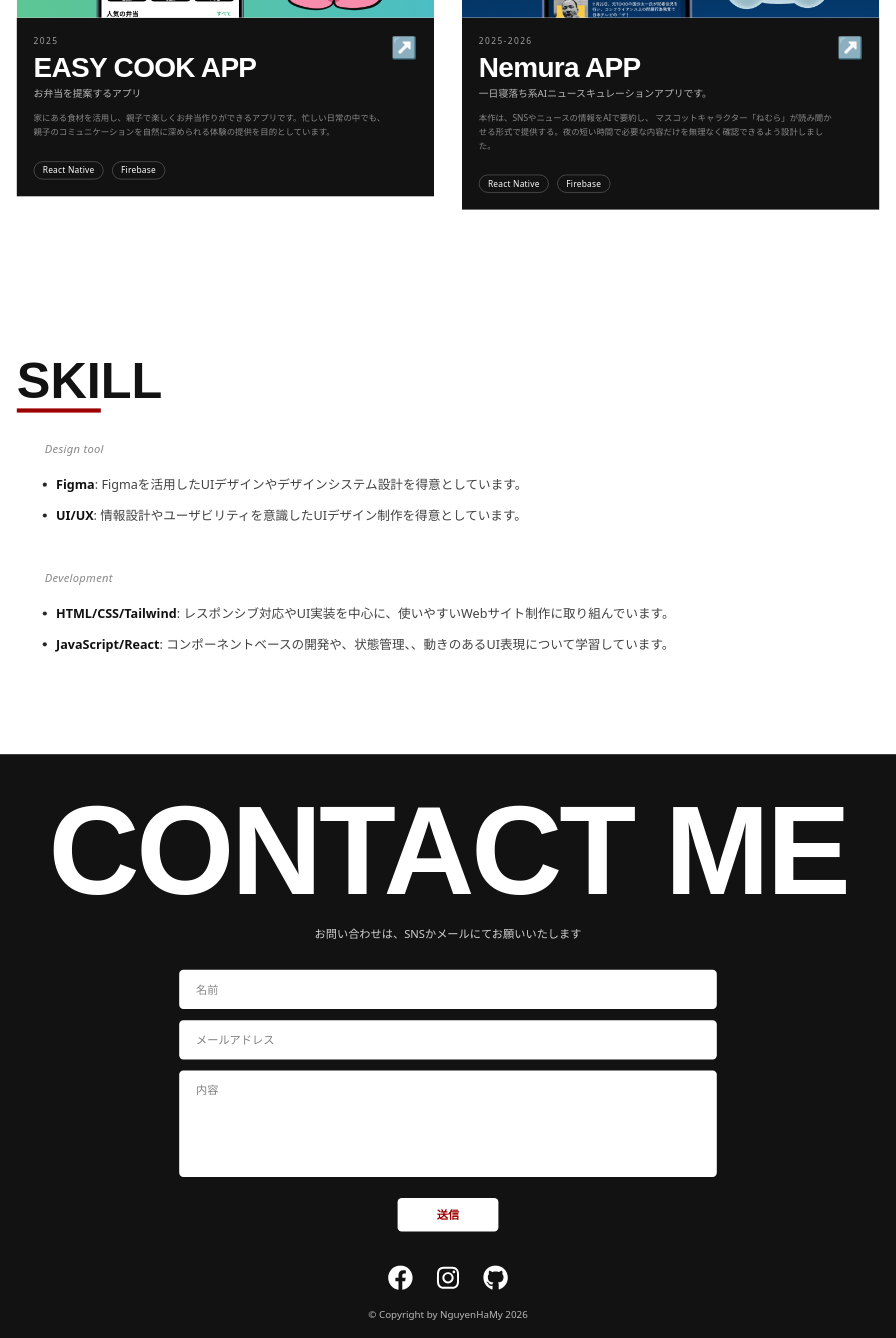
Repository: meme2603/Portfolio-HaMy
Page: / (app in my-portfolio/)
The author's editor kept a copy of each file at every save. The page is drawn from the files as they stood at one save, then again after the next save.
The browser window is 1280 px wide. The pictures show the part of the page from y = 4298 to 6218 px (the page is 6210 px tall before and 6218 px after), at 70% of full size.
Some web fonts or font styles are not loaded; a fallback is used. The project was rebuilt for these pictures with package versions that can differ from the ones it lists, and the page was loaded fresh each time. Also part of the build but not shown: my-portfolio/vite.config.js.

Above is the page before, as saved 2026-05-29 14:55:39.

### my-portfolio/index.html
<!doctype html>
<html lang="ja">
  <head>
    <meta charset="UTF-8" />

    <link rel="icon" type="image/png" href="/memex2.png" />
    <meta name="viewport" content="width=device-width, initial-scale=1.0" />
    <title>My Portfolio</title>
    <link rel="preconnect" href="https://fonts.googleapis.com" />
    <link rel="preconnect" href="https://fonts.gstatic.com" crossorigin />
    <link
      href="https://fonts.googleapis.com/css2?family=Akshar:wght@300..700&family=Poppins:wght@300;400;600;700&display=swap"
      rel="stylesheet"
    />
  </head>
  <body>
    <div id="root"></div>

    <script type="module" src="/src/main.jsx"></script>
  </body>
</html>

### my-portfolio/src/main.jsx
import React from "react";
import ReactDOM from "react-dom/client";
import App from "./App";
import "./index.css";

ReactDOM.createRoot(document.getElementById("root")).render(
  <React.StrictMode>
    <App />
  </React.StrictMode>,
);

### my-portfolio/src/App.jsx
import Header from "./components/Header";
import Hero from "./components/Hero";
import About from "./components/About";
import Projects from "./components/Projects";
import Skills from "./components/Skills";
import Contact from "./components/Contact";
function App() {
  return (
    <div className="App">
      <Header />
      <Hero />
      <About />
      <Projects />
      <Skills />
      <Contact />
    </div>
  );
}

export default App;

### my-portfolio/src/index.css
@import "tailwindcss";
@theme {
  --color-primary: #9c0000;
  --color-background: #fff;
  --color-font: #121212;

  --opacity-overlay: 0.65;
  --opacity-glass: 0.1;

  --font-poppins: "Poppins", sans-serif;
  --font-akshar: "Akshar", sans-serif;
}

### my-portfolio/src/components/Header.jsx
import { useState } from "react";
function MenuItem({ text }) {
  return (
    <li>
      <a
        href={`#${text.toLowerCase()}`}
        className="text-primary text-xl relative group transition-colors"
      >
        {text}
        <span
          className="
            absolute left-0 -bottom-[4px] w-0 h-[1px] bg-primary
            transition-all duration-300 group-hover:w-full
          "
        ></span>
      </a>
    </li>
  );
}

function Header() {
  const [isOpen, setIsOpen] = useState(false);
  const menuItems = ["About", "Projects", "Contact"];
  return (
    <header className="fixed top-0 left-0 w-full h-24 bg-background border-b border-gray-300 z-60">
      <div className="max-w-7xl mx-auto h-full px-6 flex justify-between items-center">
        <div className="shrink-0">
          <a
            href="/"
            className="text-4xl text-primary font-semibold font-akshar"
          >
            HA MY
          </a>
        </div>

        <nav className="hidden lg:block">
          <ul className="flex space-x-10">
            {menuItems.map((item) => (
              <MenuItem key={item} text={item} />
            ))}
          </ul>
        </nav>

        <button
          onClick={() => setIsOpen(!isOpen)}
          className="block lg:hidden text-primary focus:outline-none z-50"
          aria-label="Menu"
        >
          <svg
            xmlns="http://www.w3.org/2000/svg"
            className="h-8 w-8"
            fill="none"
            viewBox="0 0 24 24"
            stroke="currentColor"
          >
            <path
              strokeLinecap="round"
              strokeLinejoin="round"
              strokeWidth="2"
              d={isOpen ? "M6 18L18 6M6 6l12 12" : "M4 6h16M4 12h16M4 18h16"}
            />
          </svg>
        </button>

        <div
          className={`
            absolute top-24 left-0 w-full bg-background border-b border-gray-300
            flex flex-col items-center shadow-lg lg:hidden
            overflow-hidden transition-all duration-700 ease-in-out
            ${isOpen ? "max-h-96 opacity-100 py-8 space-y-6" : "max-h-0 opacity-0 py-0 space-y-0 border-none"}
          `}
        >
          <div className="flex flex-col items-center w-full py-6 space-y-6">
            <a
              href="#about"
              onClick={() => setIsOpen(false)}
              className="text-primary text-2xl transition-opacity duration-700"
            >
              About
            </a>
            <a
              href="#projects"
              onClick={() => setIsOpen(false)}
              className="text-primary text-2xl transition-opacity duration-700"
            >
              Projects
            </a>
            <a
              href="#contact"
              onClick={() => setIsOpen(false)}
              className="text-primary text-2xl transition-opacity duration-700"
            >
              Contact
            </a>
          </div>
        </div>
      </div>
    </header>
  );
}

export default Header;

### my-portfolio/src/components/Hero.jsx
import avatarImg from "../assets/avatar.png";
function Hero() {
  return (
    <section className="relative w-full h-[calc(100vh-88px)] mt-24 bg-background overflow-hidden flex flex-col items-center pb-16">
      <div className="w-full pt-10 pb-5 z-20">
        <h1
          className="
            text-[90px]
            md:text-[140px]
            lg:text-[210px]
            font-bold
            font-akshar
            text-center
            leading-[0.7]
            text-font
            tracking-tighter
          "
        >
          PORTFOLIO
        </h1>
      </div>

      <div className="relative w-full max-w-[1440px] flex flex-col md:flex-row items-center md:items-end justify-center z-30">
        {/* LEFT */}
        <div className="flex-1 flex justify-center pb-8 md:pb-60 lg:pb-80">
          <div className="flex flex-col items-center text-center space-y-2">
            <p className="text-sm md:text-base lg:text-lg font-poppins">Hi!</p>

            <p className="text-sm md:text-base lg:text-lg font-poppins">
              My name is{" "}
              <span className="font-semibold text-base md:text-lg lg:text-xl font-poppins">
                NGUYEN THI HA MY
              </span>
            </p>

            <p className="text-base md:text-lg lg:text-xl font-light">
              I'm from VietNam
            </p>
          </div>
        </div>

        <div className="relative flex justify-center shrink-0">
          <img
            src={avatarImg}
            alt="Ha My"
            className="
              block
              h-[320px]
              md:h-[460px]
              lg:h-[601px]
              object-cover

            "
          />
        </div>

        <div className="flex-1 flex justify-center pb-8 md:pb-60 lg:pb-80">
          <div className="flex flex-col text-center space-y-2">
            <p className="text-base md:text-lg lg:text-xl font-light">
              I'm{" "}
              <span className="font-semibold text-base md:text-lg lg:text-xl">
                UI/UX Designer
              </span>{" "}
              and
            </p>

            <p className="text-base md:text-lg lg:text-xl font-semibold font-poppins">
              Design Engineer
            </p>

            <p className="text-sm md:text-base lg:text-lg font-light font-poppins">
              Now I'm living in Japan.
            </p>
          </div>
        </div>
      </div>
      <div className="absolute h-13 bottom-0 left-0 w-full bg-font py-3 md:py-4"></div>
      <div className="relative w-full mt-0 md:mt-0 lg:-mt-40 z-40">
        <div className="relative flex justify-center leading-none -mb-8 lg:-mb-12">
          <span
            className="
              absolute
              inset-0
              flex
              justify-center
              translate-x-[4px]
              translate-y-[4px]
              lg:text-[200px]
              md:text-[110px]
              sm:text-[80px]
              font-bold
              font-akshar
              tracking-tighter
              text-font
            "
          >
            Designer
          </span>

          <h2
            className="
              relative
              lg:text-[200px]
              md:text-[110px]
              sm:text-[80px]
              font-bold
              font-akshar
              tracking-tighter
              text-primary
            "
          >
            Designer
          </h2>
        </div>
      </div>

      {/* <div
        className="absolute
                  bottom-3
                  left-1/2
                  -translate-x-1/2
                  z-50
                  px-10
                  py-0.5"
      >
        <p className="text-background text-center text-[10px] md:text-xs font-light tracking-[2px]">
          This is my portfolio. Hope you enjoy it !
        </p>
      </div> */}
    </section>
  );
}

export default Hero;

### my-portfolio/src/components/About.jsx
import aboutImg from "../assets/about.jpg";
function About() {
  return (
    <section className="relative w-full h-auto py-24 bg-background overflow-hidden mt-16">
      <div className="max-w-7xl mx-auto px-6 md:px-10">
        {/* TITLE */}
        <div className="mb-16">
          <h1 className="text-5xl md:text-6xl lg:text-7xl font-bold font-akshar text-font leading-none">
            ABOUT ME
          </h1>

          <div className="w-[80px] md:w-[100px] lg:w-[120px] lg:h-[6px] md:h-[5px] h-[4px] bg-primary mt-1"></div>
        </div>

        {/* CONTENT */}
        <div className="flex flex-col lg:flex-row items-center lg:items-start gap-16">
          {/* LEFT */}
          <div className="w-full lg:w-[380px] shrink-0">
            <div className="bg-white rounded-2xl shadow-md p-5">
              <img
                src={aboutImg}
                alt="About Me"
                className="w-full  h-[300px] object-cover rounded-xl"
              />

              <div className="mt-5">
                <h2 className="text-3xl font-akshar font-bold tracking-wide text-font">
                  NGUYEN THI HA MY
                </h2>

                <p className="text-font/70 text-lg mt-1">2001.03.30</p>
              </div>

              <div className="flex gap-3 mt-6">
                <span className="border border-font rounded-full px-4 py-2 text-sm">
                  UI/UX Designer
                </span>

                <span className="border border-font rounded-full px-4 py-2 text-sm">
                  Design Engineer
                </span>
              </div>
            </div>
          </div>

          {/* RIGHT */}
          <div className="flex-1 max-w-[760px]">
            <h2 className="text-2xl md:text-3xl font-semibold font-akshar text-primary tracking-[4px] mb-8">
              PROFILE!!
            </h2>

            <div className="space-y-6 text-font leading-[2.2] text-sm md:text-base lg:text-lg">
              <p>
                ベトナム出身の
                <span className="font-semibold">
                  グエン ティ ハ ミー（ NGUYEN THI HA MY）
                </span>
                です。
              </p>

              <p>
                現在は専門学校で、
                <span className="font-semibold">デザインやコーディング </span>
                について学びながらWeb制作やフロントエンド技術の基礎を学んでおります。
              </p>

              <p>
                2021年に来日し、最初の1年間は日本語学校で日本語を学びました。
                <br />
                その後、ビジネス専門学校に進学し、日本の文化やビジネスマナー、コミュニケーション力を身につけてまいりました。
                その中で、コンピュータの授業を通して、Webデザインという職業があることを初めて知り、興味を持つようになりました。
              </p>

              <p>
                留学生として日本とベトナム両方の文化に触れてきた経験を活かし、将来はユーザーの多様な視点やニーズを理解し、最適な体験をデザインする
                <span className="font-semibold text-primary text-xl">
                  UI/UXデザイナー
                </span>
                を目指しております。
              </p>
            </div>
          </div>
        </div>
      </div>
    </section>
  );
}
export default About;

### my-portfolio/src/components/Projects.jsx
import ProjectSection from "./ProjectSection";
import { websiteProjects, appProjects } from "./ProjectsData";

function Projects() {
  return (
    <section className="pt-20 bg-background">
      <div className="max-w-7xl mx-auto px-6">
        <h1 className="text-5xl md:text-6xl lg:text-7xl font-akshar font-bold text-font">
          PROJECTS
        </h1>
        <div className="w-[80px] md:w-[100px] lg:w-[120px] lg:h-[6px] md:h-[5px] h-[4px] bg-primary mt-1 mb-20"></div>
        <ProjectSection
          title="Website Design"
          description="学校で学んだ知識を活かし、企画からデザイン、コーディングまで一貫して制作したWebプロジェクトです。"
          projects={websiteProjects}
        />
        <ProjectSection
          title="Application Design"
          description="チームプロジェクトとして、企画からUI/UX設計までチームで共同制作したモバイルアプリです。"
          projects={appProjects}
        />
      </div>
    </section>
  );
}

export default Projects;

### my-portfolio/src/components/Skills.jsx
import { skillData } from "./ProjectsData";

function Skill() {
  return (
    <section className="w-full pt-20 pb-16">
      <div className="max-w-7xl mx-auto px-6 pb-10">
        <h2 className="text-5xl md:text-6xl lg:text-7xl font-bold font-akshar text-font leading-none">
          SKILL
        </h2>

        <div className="w-[80px] md:w-[100px] lg:w-[120px] lg:h-[6px] md:h-[5px] h-[4px] bg-primary mt-1"></div>
      </div>

      <div className="max-w-7xl mx-auto px-16 space-y-16">
        {skillData.map((group, index) => (
          <div key={index}>
            <h3 className="text-base font-medium text-font/50 mb-6 tracking-wide italic">
              {group.category}
            </h3>

            <ul className="space-y-4 pl-4">
              {group.skills.map((skill, sIndex) => (
                <li key={sIndex} className="list-disc text-font/90 text-lg">
                  <span className="font-bold text-font">{skill.name}</span>
                  <span className="text-font/80 font-light">
                    : {skill.status} {skill.desc}
                  </span>
                </li>
              ))}
            </ul>
          </div>
        ))}
      </div>
    </section>
  );
}

export default Skill;

### my-portfolio/src/components/Contact.jsx
import { FaFacebook, FaInstagram, FaGithub } from "react-icons/fa";

function Contact() {
  return (
    <section className="bg-font text-background py-6 overflow-hidden mt-20">
      <div className="max-w-7xl mx-auto pt-6">
        <h1
          className="
                text-center
                font-akshar
                font-bold
                leading-none
                tracking-tight
                text-[70px]
                sm:text-[100px]
                md:text-[140px]
                lg:text-[180px]
                "
        >
          CONTACT ME
        </h1>
        <p
          className="
                text-center
                text-sm
                md:text-base
                text-white/80
                mt-4
                mb-10
                "
        >
          お問い合わせは、SNSかメールにてお願いいたします
        </p>
        <form className="max-w-3xl mx-auto">
          <input
            type="text"
            placeholder="名前"
            className="
                    w-full
                    bg-background
                    text-font
                    rounded-md
                    px-6
                    py-4
                    mb-4
                    outline-none
                "
          />
          <input
            type="email"
            placeholder="メールアドレス"
            className="
                    w-full
                    bg-white
                    text-black
                    rounded-md
                    px-6
                    py-4
                    mb-4
                    outline-none
                "
          />
          <textarea
            placeholder="内容"
            rows="5"
            className="
                    w-full
                    bg-white
                    text-black
                    rounded-md
                    px-6
                    py-4
                    outline-none
                    resize-none
                "
          ></textarea>
          <div className="flex justify-center mt-6">
            <button
              className="
                    bg-background
                    text-primary
                    px-14
                    py-3
                    rounded-md
                    font-semibold
                    transition-all
                    duration-300
                    hover:scale-105
                    "
            >
              送信
            </button>
          </div>
        </form>
        <div className="flex justify-center gap-8 mt-12 text-4xl">
          <a href="/" className="hover:scale-110 transition-all duration-300">
            <FaFacebook />
          </a>

          <a href="/" className="hover:scale-110 transition-all duration-300">
            <FaInstagram />
          </a>

          <a href="/" className="hover:scale-110 transition-all duration-300">
            <FaGithub />
          </a>
        </div>

        {/* COPYRIGHT */}
        <p
          className="
                text-center
                text-sm
                text-background/70
                mt-6
                "
        >
          © Copyright by NguyenHaMy 2026
        </p>
      </div>
    </section>
  );
}

export default Contact;

### my-portfolio/src/components/ProjectSection.jsx
import ProjectCard from "./ProjectCard";

function ProjectSection({ title, description, projects }) {
  return (
    <section className="mb-32">
      <h2
        className="
          text-[32px]
          leading-none
          font-bold
          font-akshar
          tracking-tight
          text-primary
        "
      >
        {title}
      </h2>

      <p
        className="
          mt-4
          text-font/70
          leading-relaxed
        "
      >
        {description}
      </p>

      <div className="grid grid-cols-1 md:grid-cols-2 gap-10 mt-14">
        {projects.slice(0, 4).map((project, index) => (
          <ProjectCard
            key={index}
            year={project.year}
            title={project.title}
            titleJP={project.titleJP}
            description={project.desc}
            tags={project.tags}
            image={project.img}
          />
        ))}
      </div>
    </section>
  );
}

export default ProjectSection;

### my-portfolio/src/components/ProjectsData.js
// projectsData.js
// 1. Import ảnh ở đầu file để JS hiểu đường dẫn
import portfoliothumb from "../assets/portfoliothumb.jpg";
import coffeethumb from "../assets/coffeethumb.jpg";
import sneakerthumb from "../assets/sneakerthumb.jpg";
import okayamathumb from "../assets/okayamathumb.jpg";
import nemurathumb from "../assets/nemurathumb.jpg";
import easycookthumb from "../assets/easycookthumb.jpg";

export const websiteProjects = [
  {
    year: "2025",
    title: "Coffee Shop",
    titleJP: "カフェショップサイト",
    desc: "家族みんなが安心して過ごせるカフェをテーマに、Webサイトを制作しました。",
    tags: ["Figma", "HTML", "CSS", "JavaScript"],
    img: coffeethumb,
  },
  {
    year: "2026",
    title: "Portfolio.",
    titleJP: "ポートフォリオ",
    desc: "就職活動のために制作したポートフォリオサイトです。",
    tags: ["Figma", "React", "Tailwind"],
    img: portfoliothumb,
  },
  {
    year: "2025",
    title: "Sneaker LP",
    titleJP: "スニーカーLP",
    desc: "新作スニーカーの販売に向けた、ランディングページを制作しました。",
    tags: ["Figma", "HTML", "SCSS"],
    img: sneakerthumb,
  },
  {
    year: "2025",
    title: "Okayama kankou",
    titleJP: "観光サイト",
    desc: "昔話「桃太郎」をテーマに、岡山の伝説・史実・文化を体験できる観光サイトを制作しました。",
    tags: ["Figma", "UI/UX"],
    img: okayamathumb,
  },
];

export const appProjects = [
  {
    year: "2025",
    title: "EASY COOK APP",
    titleJP: "お弁当を提案するアプリ",
    desc: "家にある食材を活用し、親子で楽しくお弁当作りができるアプリです。忙しい日常の中でも、親子のコミュニケーションを自然に深められる体験の提供を目的としています。",
    tags: ["React Native", "Firebase"],
    img: easycookthumb,
  },
  {
    year: "2025-2026",
    title: "Nemura APP",
    titleJP: "一日寝落ち系AIニュースキュレーションアプリです。",
    desc: "本作は、SNSやニュースの情報をAIで要約し、 マスコットキャラクター「ねむら」が読み聞かせる形式で提供する。夜の短い時間で必要な内容だけを無理なく確認できるよう設計しました。",
    tags: ["React Native", "Firebase"],
    img: nemurathumb,
  },
];

// skillsData.js
export const skillData = [
  {
    category: "Design tool",
    skills: [
      {
        name: "Figma",
        // status: "上級",
        desc: "Figmaを活用したUIデザインやデザインシステム設計を得意としています。",
      },
      {
        name: "UI/UX",
        // status: "上級",
        desc: "情報設計やユーザビリティを意識したUIデザイン制作を得意としています。",
      },
    ],
  },
  {
    category: "Development",
    skills: [
      {
        name: "HTML/CSS/Tailwind",
        // status: "基礎レベル",
        desc: "レスポンシブ対応やUI実装を中心に、使いやすいWebサイト制作に取り組んでいます。",
      },
      {
        name: "JavaScript/React",
        // status: "基礎知識・学習中",
        desc: "コンポーネントベースの開発や、状態管理、、動きのあるUI表現について学習しています。",
      },
    ],
  },
];

### my-portfolio/src/components/ProjectCard.jsx
// ProjectCard = component dùng để hiển thị 1 project card
function ProjectCard({ year, title, titleJP, description, tags, image }) {
  return (
    <div className="group cursor-pointer ">
      <div className="overflow-hidden bg-font">
        <img
          src={image}
          alt={title}
          className="
            w-full
            object-cover
            transition-all
            duration-500
            group-hover:scale-105
            group-hover:opacity-90
          "
        />
      </div>

      {/* INFO */}
      <div className="bg-font text-background px-6 py-6 ">
        <div className="flex items-start justify-between">
          <div>
            {/* ĐIỀN NĂM VÀO ĐÂY */}
            <p className="text-[12px] tracking-[2px] text-background/60 ">
              {year}
            </p>

            {/* ĐIỀN TIÊU ĐỀ VÀO ĐÂY */}
            <h3
              className="
                text-[40px]
                leading-none
                font-bold
                font-akshar
                tracking-tight
                mt-2
              "
            >
              {title}
            </h3>

            {/* ĐIỀN TIẾNG NHẬT VÀO ĐÂY */}
            <p className="text-sm text-background/70 mt-2">{titleJP}</p>

            {/* ĐIỀN MÔ TẢ VÀO ĐÂY */}
            <p className="text-xs text-background/50 leading-relaxed mt-4">
              {description}
            </p>
          </div>

          <div
            className="
              text-3xl
              transition-transform
              duration-300
              group-hover:translate-x-1
              group-hover:-translate-y-1
            "
          >
            ↗
          </div>
        </div>

        {/* BOTTOM - CHỖ NÀY ĐỂ HIỆN TAGS TỰ ĐỘNG NÈ */}
        <div className="mt-8 flex items-center gap-3 flex-wrap">
          {tags &&
            tags.map((tag, index) => (
              <span
                key={index}
                className="
                border
                border-background/30
                rounded-full
                px-3
                py-1
                text-xs
                tracking-wide
              "
              >
                {tag}
              </span>
            ))}
        </div>
      </div>
    </div>
  );
}

export default ProjectCard;

After the next save:
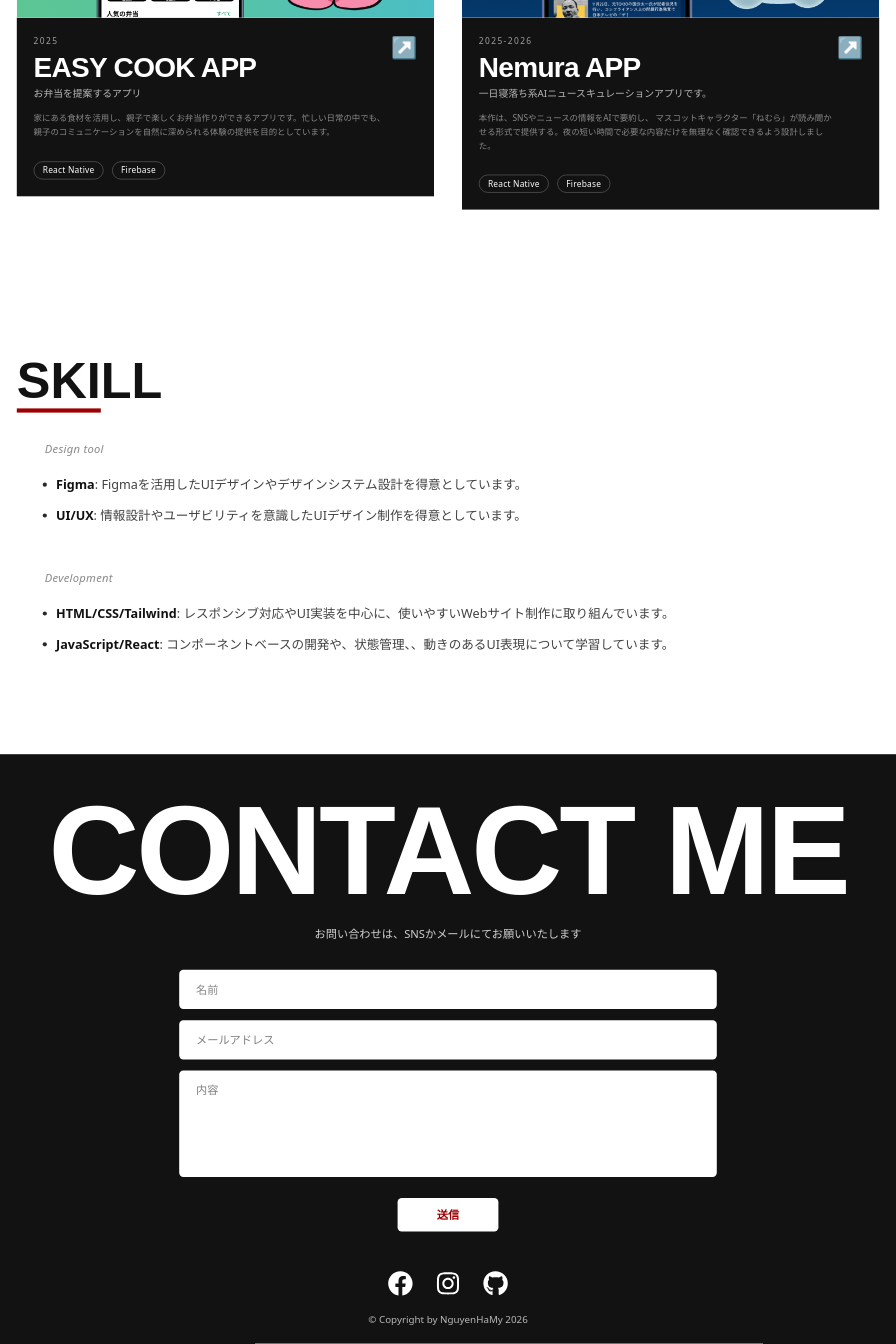
Saved 12 s later.
--- a/my-portfolio/src/components/Contact.jsx
+++ b/my-portfolio/src/components/Contact.jsx
@@ -92,7 +92,7 @@ function Contact() {
             </button>
           </div>
         </form>
-        <div className="flex justify-center gap-8 mt-12 text-4xl">
+        <div className="flex justify-center gap-8 mt-14 text-4xl">
           <a href="/" className="hover:scale-110 transition-all duration-300">
             <FaFacebook />
           </a>
